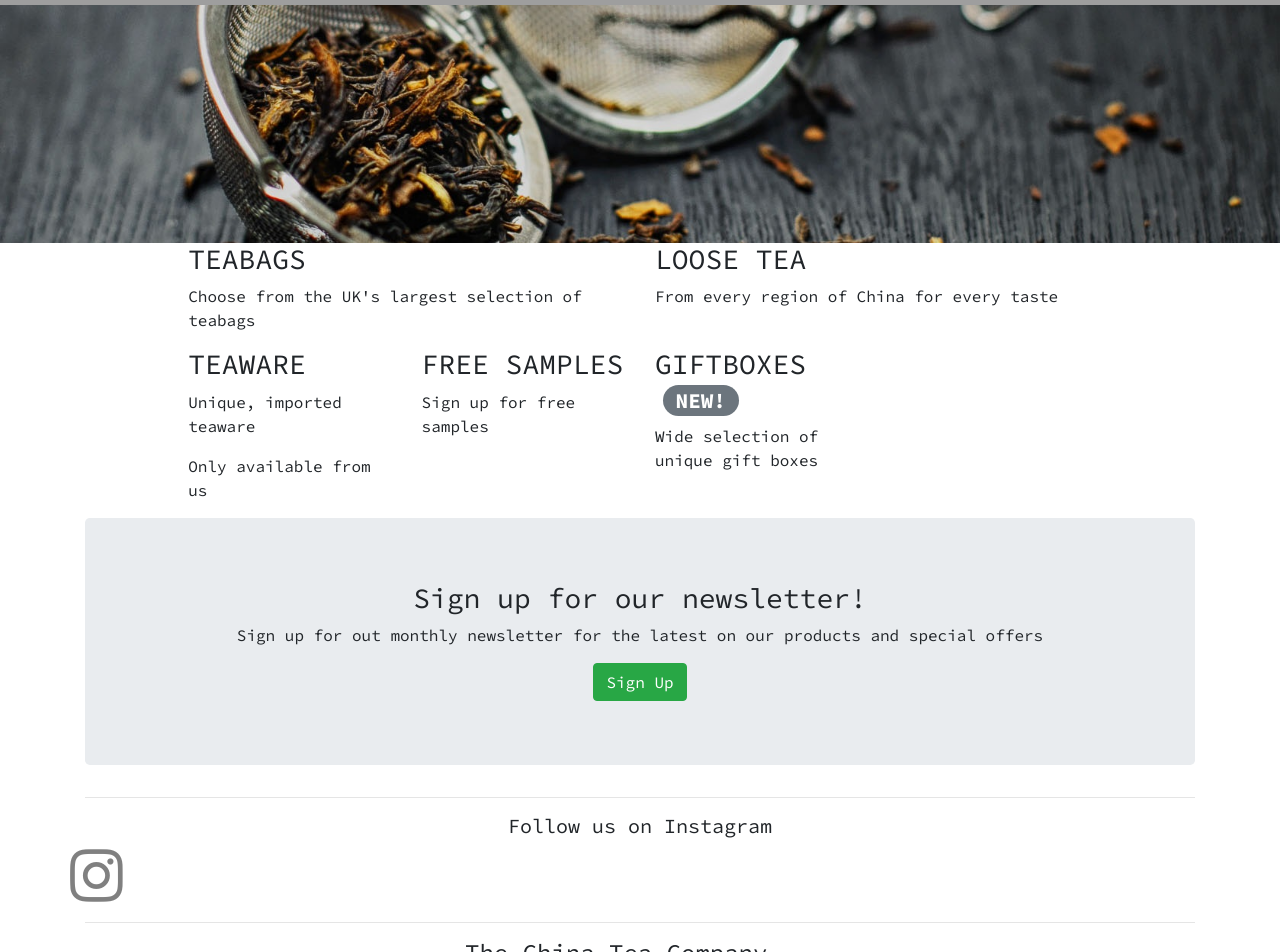
Repository: Code-Institute-Submissions/china-tea
Page: index.html
The author's editor kept a record of every edit. The page is drawn from the files as they stood at one moment, then again after the next edit.
The browser window is 1280 px wide. The pictures show the part of the page from y = 715 to 1667 px (the page is 2125 px tall before and 2068 px after).
Pictures or frames that could not be fetched are drawn as grey boxes. Backgrounds fixed to the window are drawn as part of the page. Some web libraries are served in a nearby version.

Above is the page before.

After the next edit:
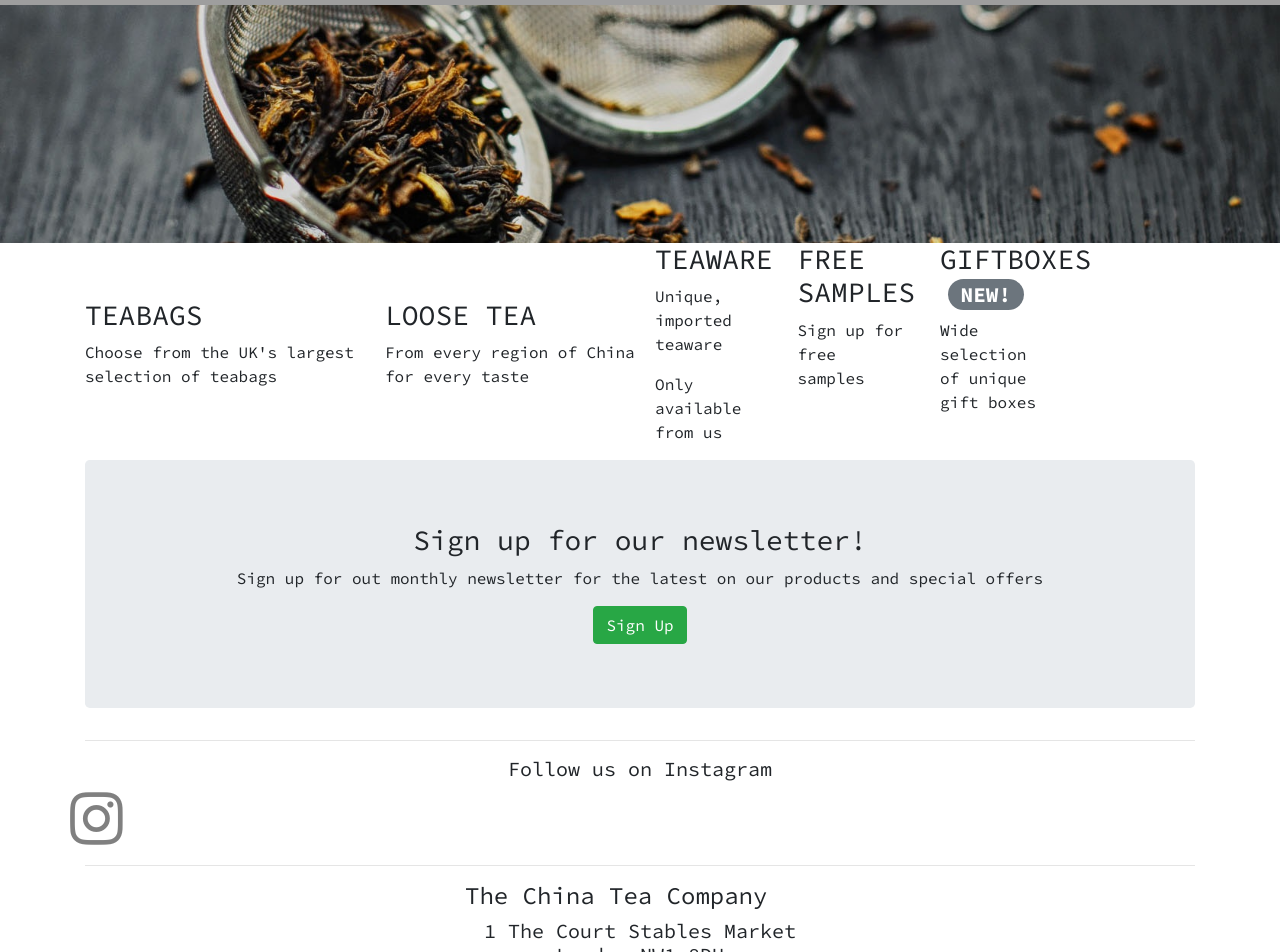
The edit:
--- a/index.html
+++ b/index.html
@@ -112,7 +112,7 @@
     <div class="container purchase-container">
         <!--Purchase-->
 
-        <section class="purchases">
+
             <div class="row">
                 <div class="col-12 col-sm-6">
                     <div class="teabags">

After the 3 edits that followed:
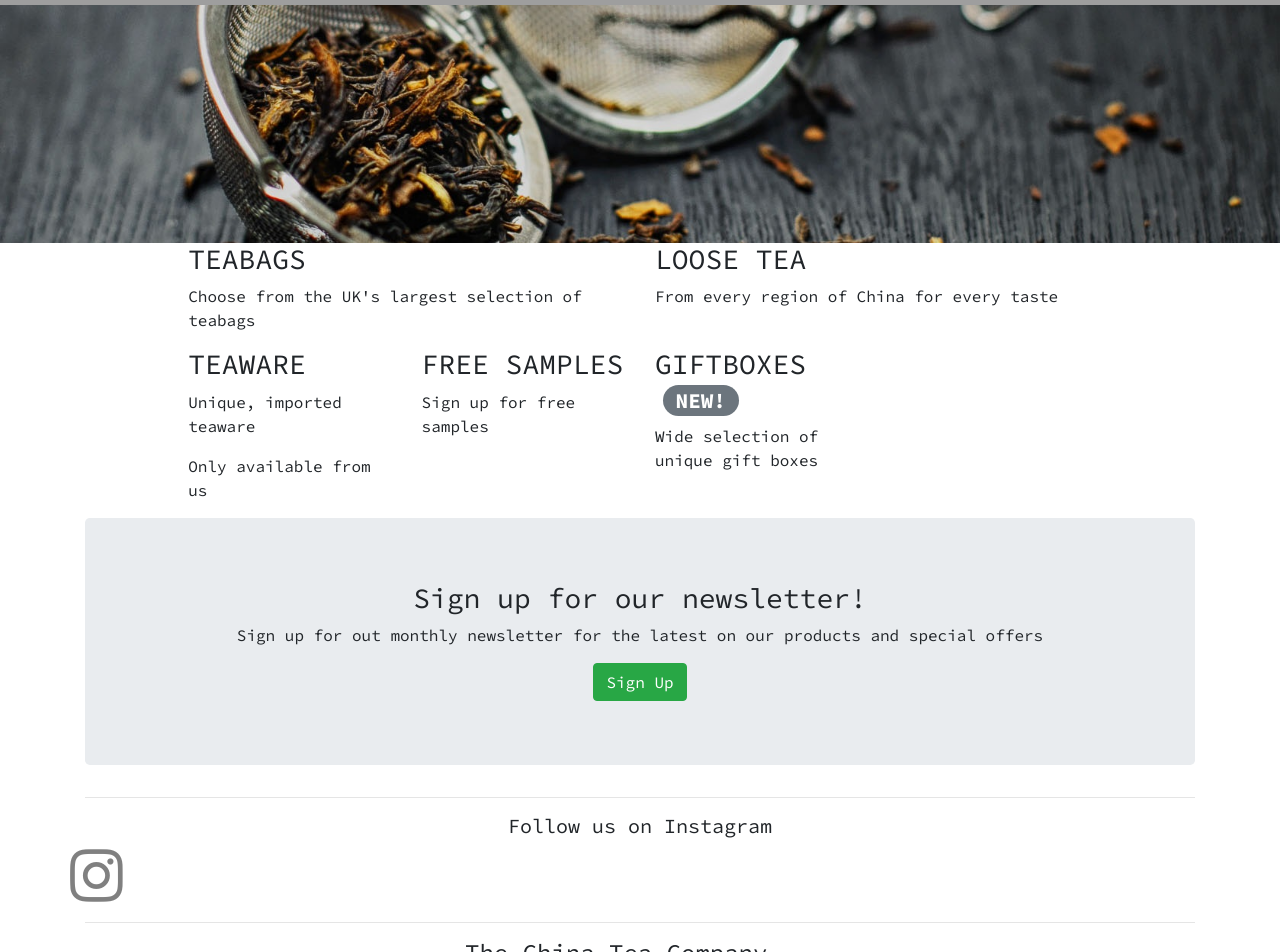
The 3 edits are shown as one change because 2 left the picture as it was.
The edit:
--- a/index.html
+++ b/index.html
@@ -107,12 +107,12 @@
     </div>
 
     <!--/.background buffer-->
- <section class="purchases">
+
 
     <div class="container purchase-container">
         <!--Purchase-->
 
-
+    <section class="purchase">
             <div class="row">
                 <div class="col-12 col-sm-6">
                     <div class="teabags">
@@ -161,7 +161,7 @@
                 </div>
             </div>
 
-        </section>
+
 
 
 
